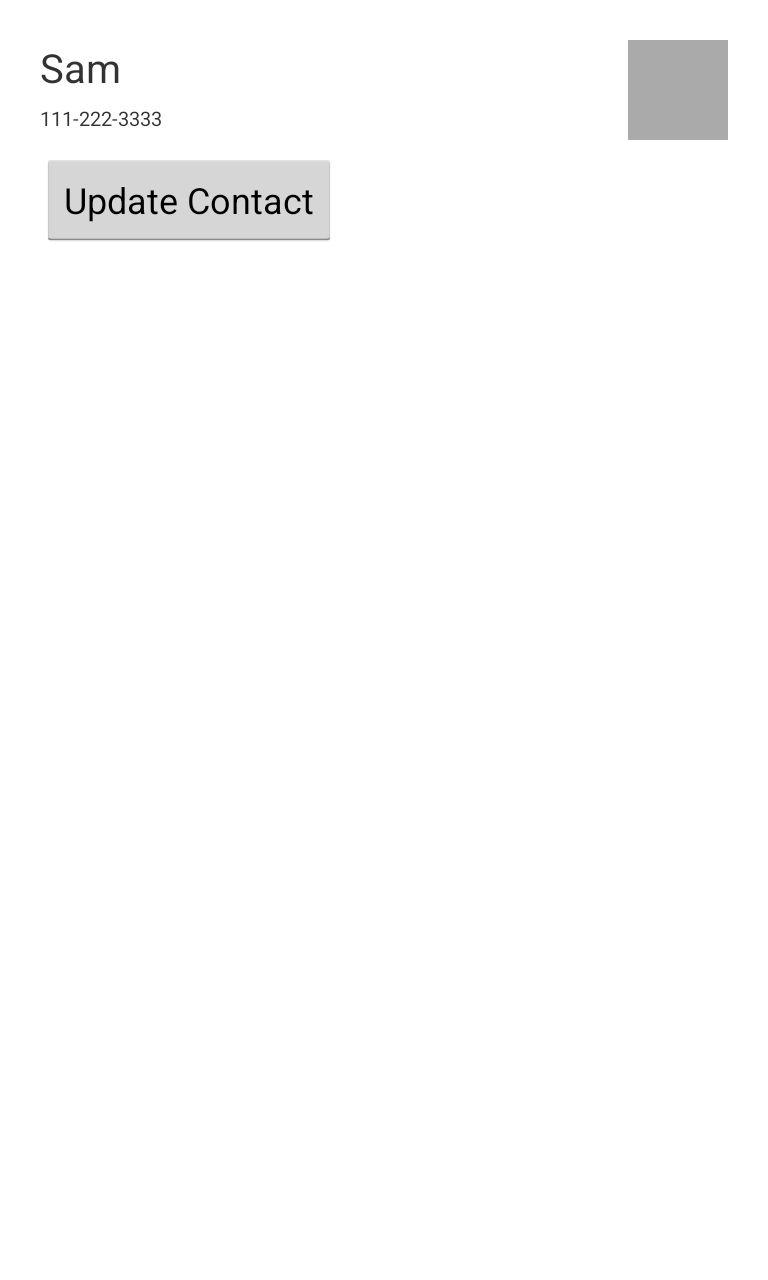
Repository: freebz/Head-First-Android
Layout: skateboardingPals/res/layout/main.xml
These files come from the project's save history. The layout is drawn as it stood at one moment and after the next save; the edit follows.
It is drawn on a 768 x 1280 px phone screen (xhdpi) without system bars, with theme AppTheme; the app's code is not run.

Above is the layout before, as saved 2014-01-16 16:11:47.

After the next save:
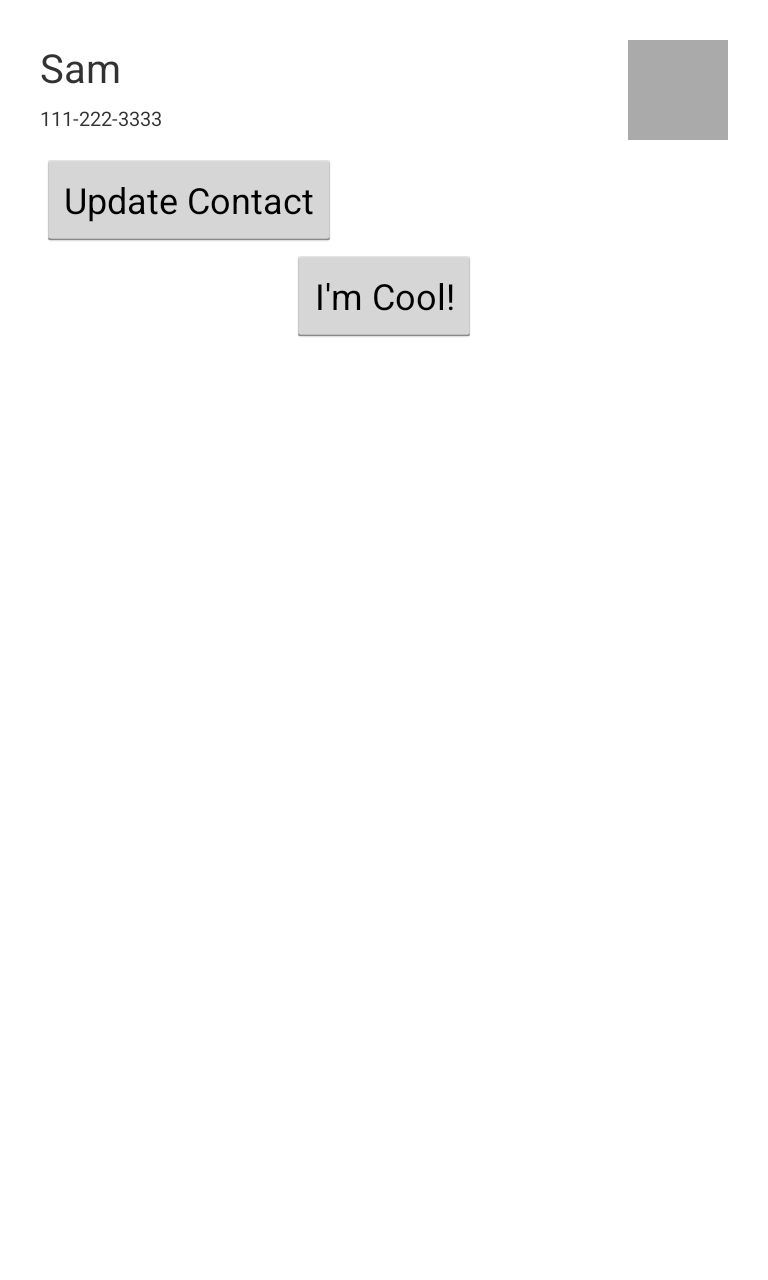
Saved 95 s later.
--- a/skateboardingPals/res/layout/main.xml
+++ b/skateboardingPals/res/layout/main.xml
@@ -44,4 +44,12 @@
         android:layout_marginRight="20dp"
         />
 
+    <Button android:id="@+id/im_cool"
+        android:layout_width="wrap_content"
+        android:layout_height="wrap_content"
+        android:text="I'm Cool!"
+        android:layout_centerHorizontal="true"
+        android:layout_below="@+id/update_contact"
+        />
+
 </RelativeLayout>
